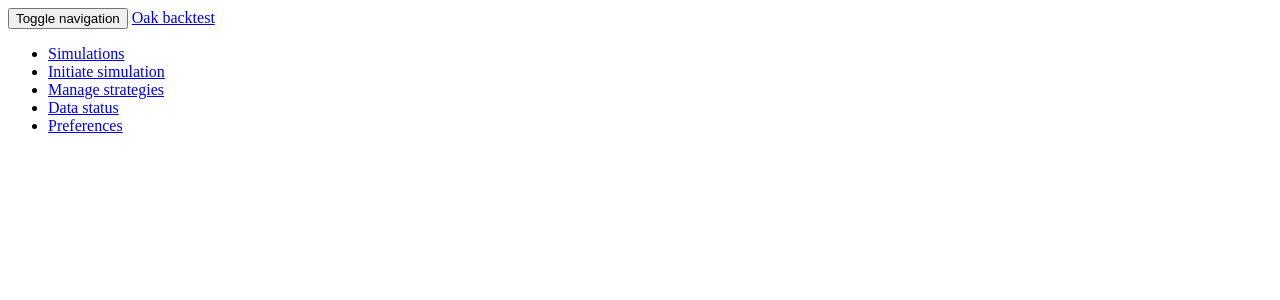
Repository: NeroVanbiervliet/newbeurs-web-terminated
Page: BeursWebApp/WebContent/navigation.html
An editor plug-in stored every save of this project. The page is shown before and after the next save, followed by the edit.
The browser window is 1280 px wide. The pictures show the whole page.

Above is the page before, as saved 2015-10-06 12:48:55.

### BeursWebApp/WebContent/navigation.html
<div>
	<!-- source: TM tour -->
	<nav class="navbar navbar-default navbar-fixed-top" role="navigation">
		<div class="container"><!-- Brand and toggle get grouped for better mobile display -->
			<div class="navbar-header">
				<button type="button" class="navbar-toggle" data-toggle="collapse" data-target="#bs-example-navbar-collapse-1">
				<span class="sr-only">Toggle navigation</span>
				<span class="icon-bar"></span>
				<span class="icon-bar"></span>
				<span class="icon-bar"></span>
				</button>
				<a class="navbar-brand" href="#">Oak backtest</a>
			</div>
			<div class="collapse navbar-collapse" id="bs-example-navbar-collapse-1">
				<ul class="nav navbar-nav">
					<li><a href=".">Simulations</a></li>
					<li><a href="initiate_simulation.jsp">Initiate simulation</a></li>
					<li><a href="manage_strategies.jsp">Manage strategies</a></li>
					<li><a href="data_status.jsp">Data status</a></li>
					<li><a href="preferences.jsp">Preferences</a></li>
				</ul>
			</div>
			<!-- /.navbar-collapse -->
		</div>
		<!-- /.container-fluid -->
	</nav>
</div>

After the next save:
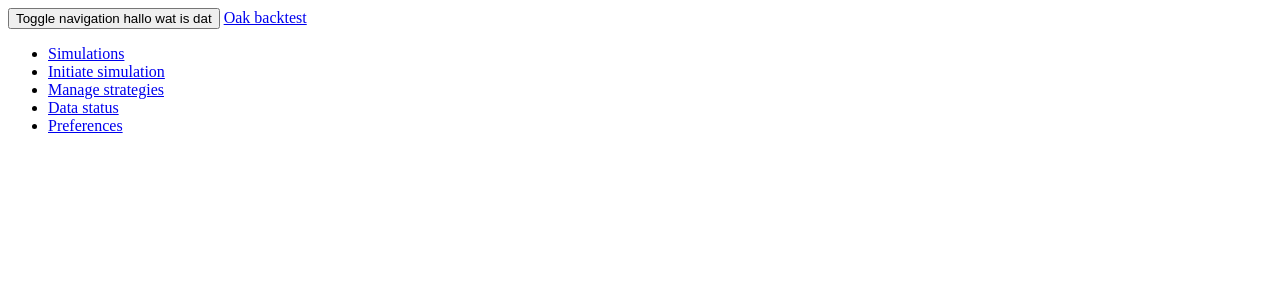
Saved 21 s later.
--- a/BeursWebApp/WebContent/navigation.html
+++ b/BeursWebApp/WebContent/navigation.html
@@ -5,8 +5,8 @@
 			<div class="navbar-header">
 				<button type="button" class="navbar-toggle" data-toggle="collapse" data-target="#bs-example-navbar-collapse-1">
 				<span class="sr-only">Toggle navigation</span>
-				<span class="icon-bar"></span>
-				<span class="icon-bar"></span>
+				<span class="icon-bar">hallo</span>
+				<span class="icon-bar">wat is dat</span>
 				<span class="icon-bar"></span>
 				</button>
 				<a class="navbar-brand" href="#">Oak backtest</a>

After the save that followed:
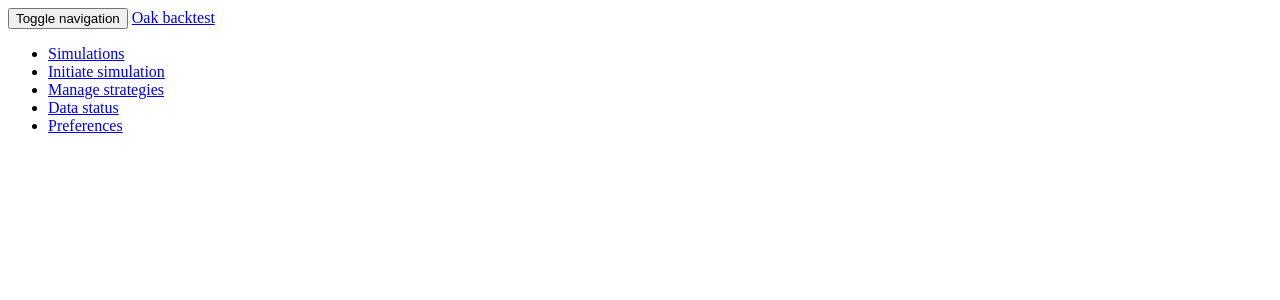
Saved 69 s later.
--- a/BeursWebApp/WebContent/navigation.html
+++ b/BeursWebApp/WebContent/navigation.html
@@ -5,9 +5,6 @@
 			<div class="navbar-header">
 				<button type="button" class="navbar-toggle" data-toggle="collapse" data-target="#bs-example-navbar-collapse-1">
 				<span class="sr-only">Toggle navigation</span>
-				<span class="icon-bar">hallo</span>
-				<span class="icon-bar">wat is dat</span>
-				<span class="icon-bar"></span>
 				</button>
 				<a class="navbar-brand" href="#">Oak backtest</a>
 			</div>
